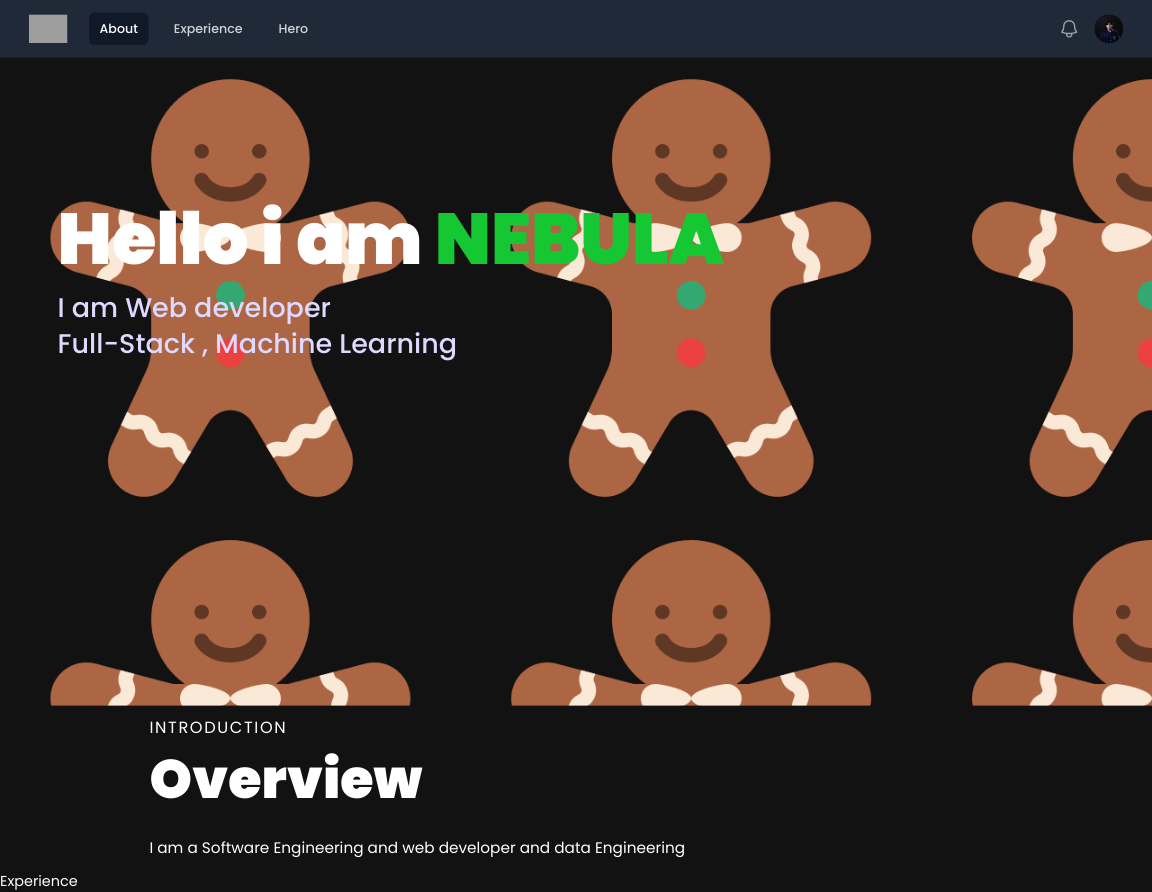
Repository: supakorn5039-boon/React-f
Page: /
The author's editor kept a copy of each file at every save. The page is drawn from the files as they stood at one save, then again after the next save.
The browser window is 1280 px wide. The pictures show the whole page, at 90% of full size.
Pictures or frames that could not be fetched are drawn as grey boxes. The project was rebuilt for these pictures with package versions that can differ from the ones it lists, and the page was loaded fresh each time. Also part of the build but not shown: vite.config.js.

Above is the page before, as saved 2024-01-09 21:46:41.

After the next save:
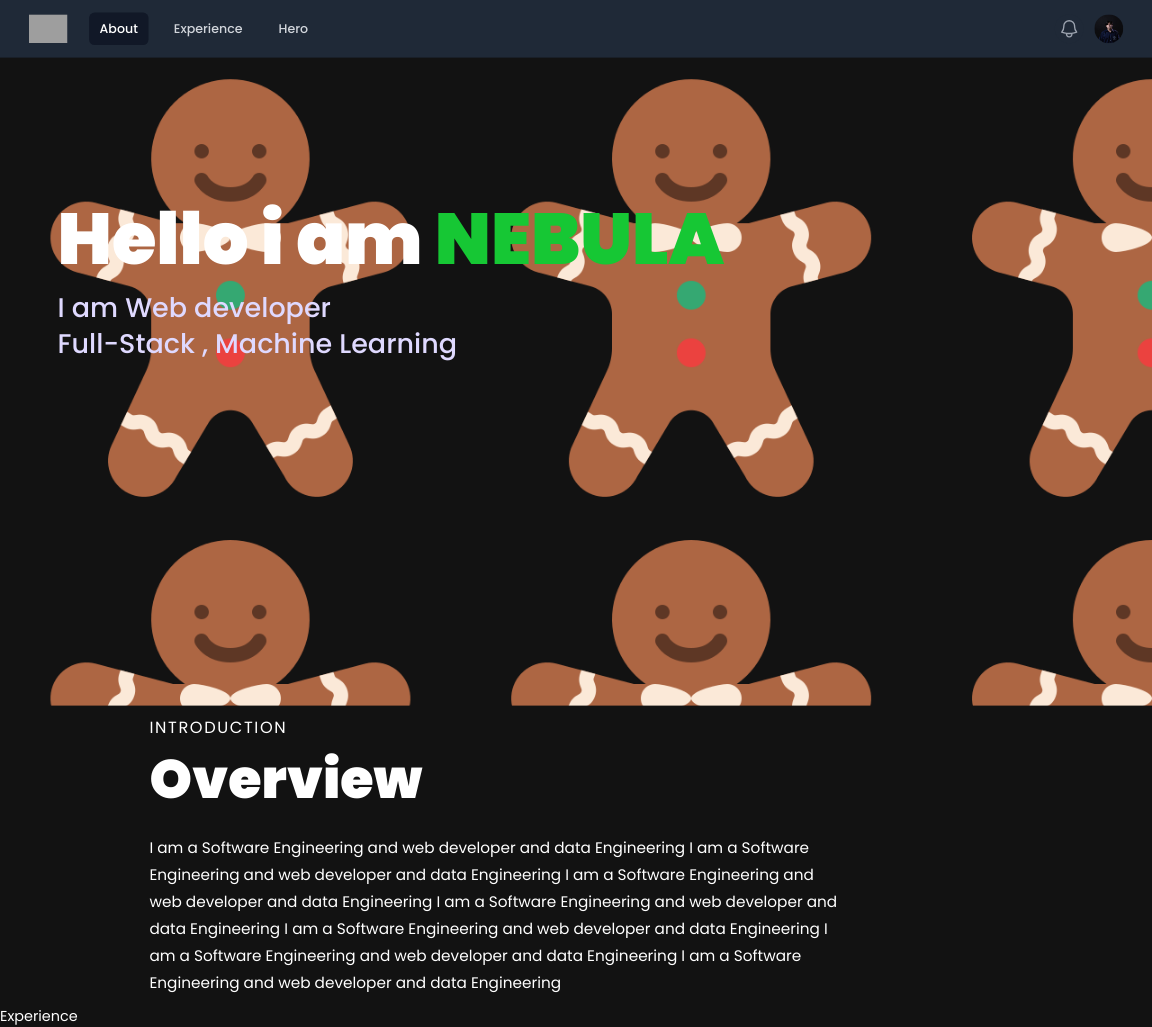
Saved 8 s later.
--- a/src/components/About.jsx
+++ b/src/components/About.jsx
@@ -4,7 +4,13 @@ const About = () => {
       <div className="sectionSubText">Introduction</div>
       <h2 className="sectionHeadText">Overview</h2>
       <div className="about-text">
-        I am a Software Engineering and web developer and data Engineering
+        I am a Software Engineering and web developer and data Engineering I am
+        a Software Engineering and web developer and data Engineering I am a
+        Software Engineering and web developer and data Engineering I am a
+        Software Engineering and web developer and data Engineering I am a
+        Software Engineering and web developer and data Engineering I am a
+        Software Engineering and web developer and data Engineering I am a
+        Software Engineering and web developer and data Engineering
       </div>
     </div>
   );
